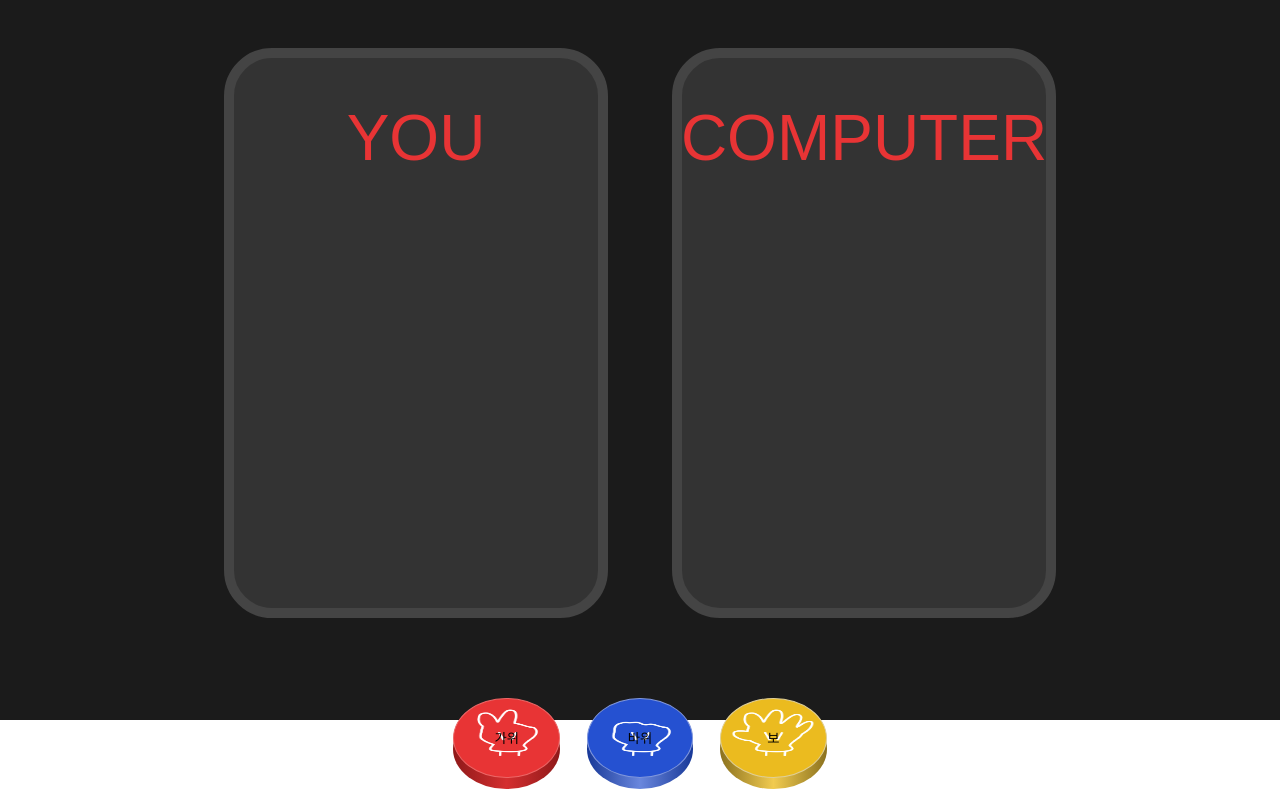
Repository: KIMMIHYE12/classComponent
Page: /
The author's editor kept a copy of each file at every save. The page is drawn from the files as they stood at one save, then again after the next save.
The browser window is 1280 px wide. The pictures show the whole page.
Some web fonts or font styles are not loaded; a fallback is used. The project was rebuilt for these pictures with package versions that can differ from the ones it lists, and the page was loaded fresh each time.

Above is the page before, as saved 2024-03-19 23:54:06.

After the next save:
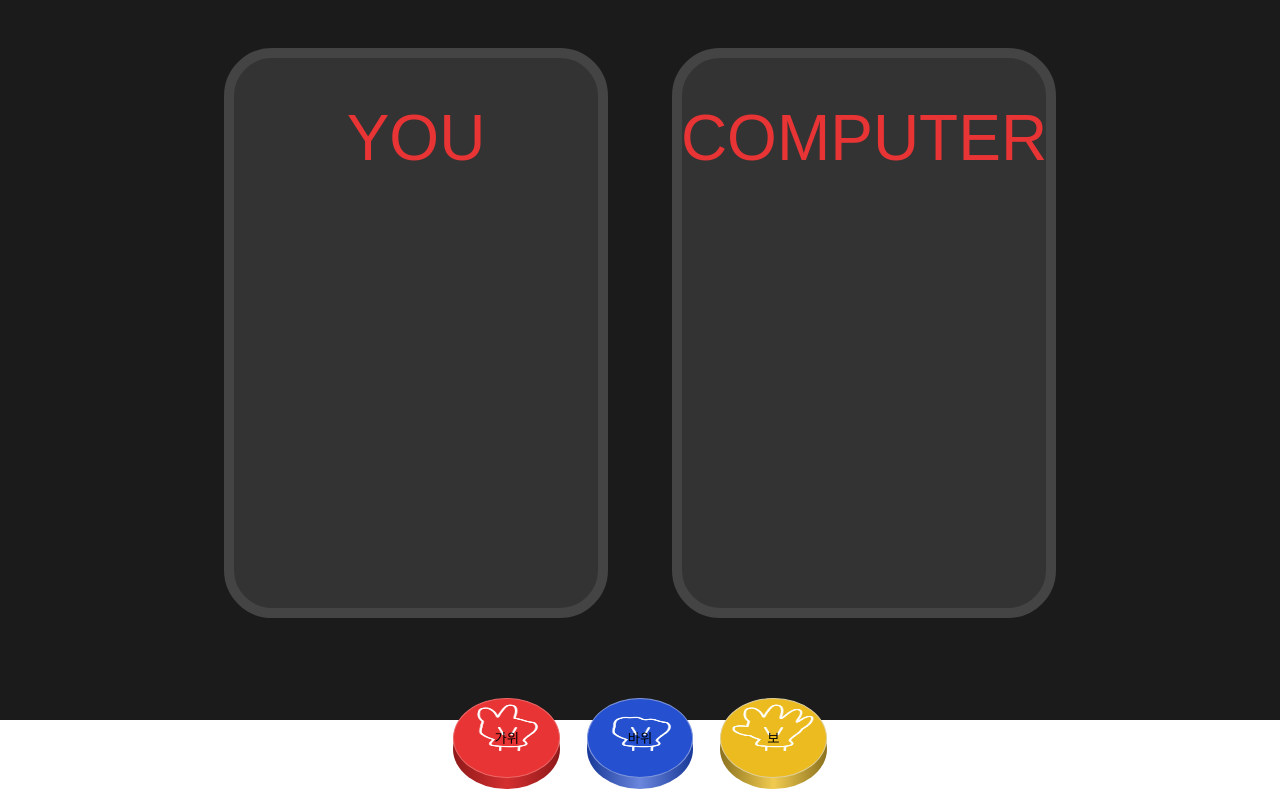
Saved 10 s later.
--- a/src/App.css
+++ b/src/App.css
@@ -89,7 +89,7 @@ img {
   background-image: url(/public/images/btn_rock.png);
   background-repeat: no-repeat;
   background-size: 80% 60%;
-  background-position: top 10px center;
+  background-position: top 5px center;
 }
 
 .btn_wrap button.scissors {
